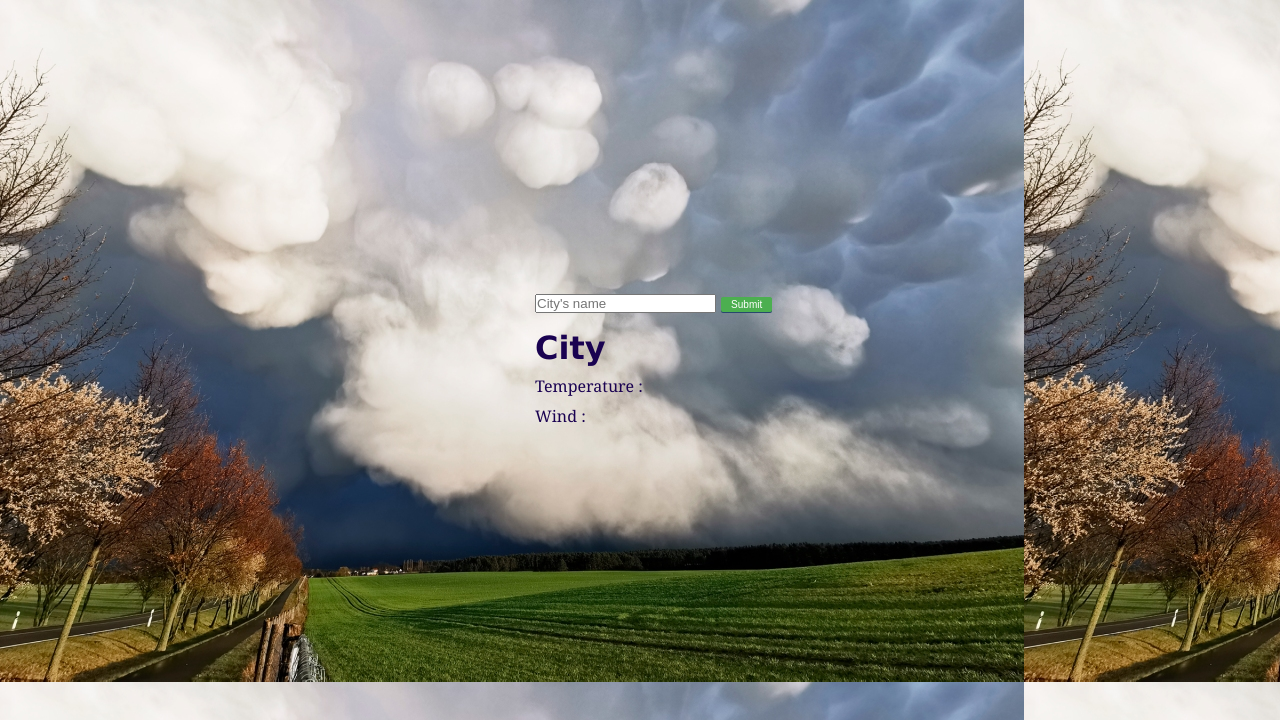
Repository: heartbreathing/searchWeather
Page: index.html
These files come from the project's save history. The page is drawn as it stood at one moment and after the next save; the edit follows.
The browser window is 1280 px wide. The pictures show the whole page.

Above is the page before, as saved 2022-11-06 22:58:19.

After the next save:
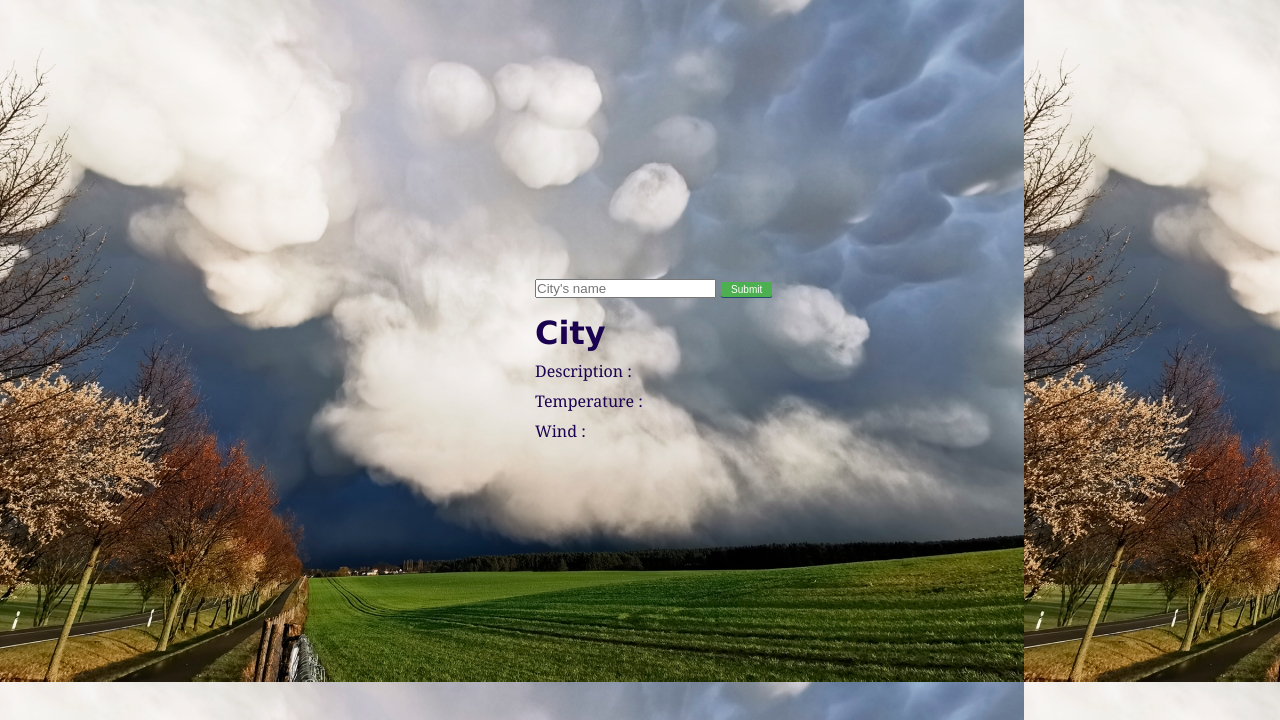
Saved 8 s later.
--- a/index.html
+++ b/index.html
@@ -15,6 +15,7 @@
         <button type="submit" class="btn">Submit</button>
       </form>
       <h1><span class="name" >City</span></h1>
+      <p class="content_line">Description :<span class="description"></span></p>
       <p class="content_line">
         Temperature : <span class="temperature"></span>
       </p>
